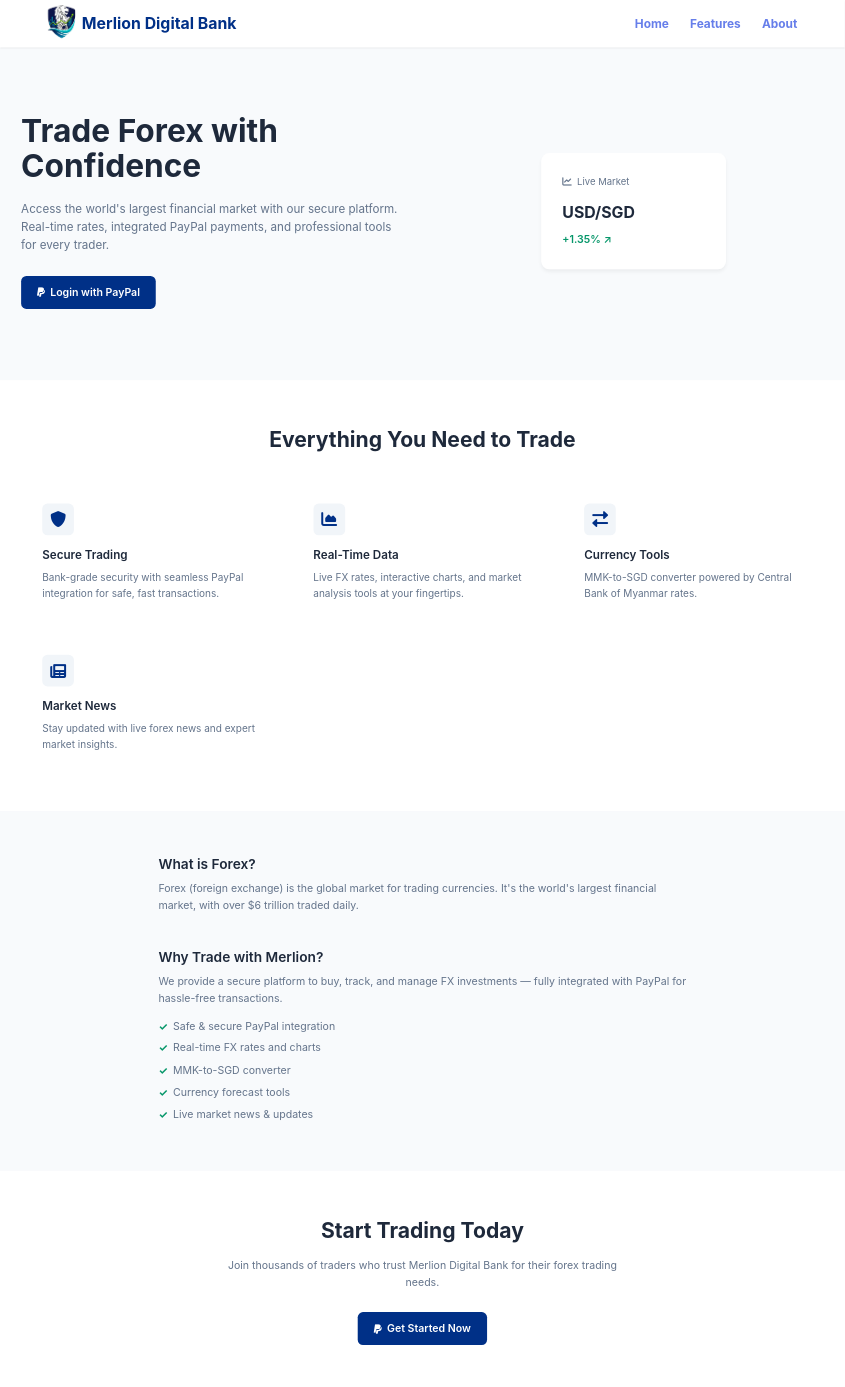
Repository: MayThetNaingBo/MerlionFX-app
Page: http://localhost/
These files come from the project's save history. The page is drawn as it stood at one moment and after a run of saves; the edit follows.
The browser window is 1280 px wide. The pictures show the whole page, at 66% of full size.
The page is served by the project's application, run on Flask 3 (app.py).

Above is the page before, as saved 2025-08-07 23:49:13.

### templates/index.html
<!DOCTYPE html>
<html lang="en">
<head>
    <meta charset="UTF-8">
    <meta name="viewport" content="width=device-width, initial-scale=1.0">
    <title>Merlion Digital Bank - Forex Trading Platform</title>
    <link href="https://cdnjs.cloudflare.com/ajax/libs/font-awesome/6.0.0/css/all.min.css" rel="stylesheet">
    <style>
        * {
            margin: 0;
            padding: 0;
            box-sizing: border-box;
        }

        body {
            font-family: -apple-system, BlinkMacSystemFont, 'Segoe UI', Roboto, sans-serif;
            line-height: 1.6;
            color: #333;
            background: #f8fafc;
        }

        /* Navigation */
        .navbar {
            background: white;
            padding: 1rem 0;
            box-shadow: 0 1px 3px rgba(0, 0, 0, 0.1);
            position: fixed;
            width: 100%;
            top: 0;
            z-index: 100;
        }

        .nav-container {
            max-width: 1200px;
            margin: 0 auto;
            padding: 0 2rem;
            display: flex;
            justify-content: space-between;
            align-items: center;
        }

        .logo-container {
            display: flex;
            align-items: center;
            gap: 0.75rem;
        }

        .logo-icon {
            width: 40px;
            height: 40px;
            border-radius: 8px;
            display: flex;
            align-items: center;
            justify-content: center;
            color: white;
            font-size: 1.5rem;
            font-weight: bold;
            padding-top: 5px;
        }

        .logo {
            font-size: 1.5rem;
            font-weight: 700;
            color: #003087;
        }

        .nav-links {
            display: flex;
            list-style: none;
            gap: 2rem;
        }

        .nav-links a {
            color: #667eea;
            text-decoration: none;
            font-weight: 700;
            transition: color 0.2s;
            font-size:large;
        }

        .nav-links a:hover {
            color: #003087;
        }

        /* Hero Section */
        .hero {
            padding: 8rem 2rem 4rem;
            max-width: 1500px;
            margin: 0 auto;
            display: grid;
            grid-template-columns: 1fr 1fr;
            gap: 4rem;
            align-items: center;
            min-height: 80vh;
        }

        .hero-content h1 {
            font-size: 3rem;
            font-weight: 700;
            color: #1e293b;
            margin-bottom: 1.5rem;
            line-height: 1.1;
        }

        .hero-content p {
            font-size: 1.1rem;
            color: #64748b;
            margin-bottom: 2rem;
        }

        .cta-button {
            display: inline-flex;
            align-items: center;
            gap: 0.5rem;
            background: #003087;
            color: white;
            padding: 0.75rem 1.5rem;
            border: none;
            border-radius: 8px;
            font-weight: 600;
            text-decoration: none;
            transition: all 0.2s;
        }

        .cta-button:hover {
            background: #002060;
            transform: translateY(-1px);
            color: white;
        }

        .hero-visual {
            display: flex;
            justify-content: center;
            gap: 1.5rem;
            flex-wrap: wrap;
        }

        .card {
            background: white;
            padding: 2rem;
            border-radius: 12px;
            box-shadow: 0 4px 6px rgba(0, 0, 0, 0.05);
            width: 280px;
        }

        .card-header {
            display: flex;
            align-items: center;
            gap: 0.5rem;
            margin-bottom: 1rem;
            color: #64748b;
            font-size: 0.9rem;
        }

        .currency-pair {
            font-size: 1.5rem;
            font-weight: 700;
            color: #1e293b;
            margin-bottom: 0.5rem;
        }

        .price-change {
            color: #059669;
            font-weight: 600;
        }

        .logo-card {
            background: linear-gradient(135deg, #003087, #0066cc);
            color: white;
            display: flex;
            flex-direction: column;
            align-items: center;
            justify-content: center;
            text-align: center;
            position: relative;
            overflow: hidden;
        }

        .logo-card::before {
            content: '';
            position: absolute;
            top: -50%;
            right: -50%;
            width: 100%;
            height: 100%;
            background: rgba(255, 255, 255, 0.1);
            border-radius: 50%;
            transform: rotate(45deg);
        }

        .hero-logo-icon {
            font-size: 3rem;
            font-weight: bold;
            margin-bottom: 1rem;
            z-index: 2;
            position: relative;
        }

        .hero-logo-text {
            font-size: 1.2rem;
            font-weight: 600;
            margin-bottom: 0.5rem;
            z-index: 2;
            position: relative;
        }

        .hero-logo-tagline {
            font-size: 0.9rem;
            opacity: 0.9;
            z-index: 2;
            position: relative;
        }

        /* Features Section */
        .features {
            padding: 4rem 2rem;
            background: white;
        }

        .features-container {
            max-width: 1200px;
            margin: 0 auto;
            text-align: center;
        }

        .features h2 {
            font-size: 2rem;
            font-weight: 700;
            color: #1e293b;
            margin-bottom: 3rem;
        }

        .features-grid {
            display: grid;
            grid-template-columns: repeat(auto-fit, minmax(280px, 1fr));
            gap: 2rem;
        }

        .feature {
            padding: 1.5rem;
            text-align: left;
        }

        .feature-icon {
            width: 48px;
            height: 48px;
            background: #f1f5f9;
            border-radius: 8px;
            display: flex;
            align-items: center;
            justify-content: center;
            margin-bottom: 1rem;
            color: #003087;
            font-size: 1.5rem;
        }

        .feature h3 {
            font-size: 1.1rem;
            font-weight: 600;
            color: #1e293b;
            margin-bottom: 0.5rem;
        }

        .feature p {
            color: #64748b;
            font-size: 0.95rem;
        }

        /* Info Section */
        .info-section {
            padding: 4rem 2rem;
            background: #f8fafc;
        }

        .info-container {
            max-width: 800px;
            margin: 0 auto;
        }

        .info-grid {
            display: grid;
            gap: 2rem;
        }

        .info-item h3 {
            font-size: 1.3rem;
            font-weight: 600;
            color: #1e293b;
            margin-bottom: 0.5rem;
        }

        .info-item p {
            color: #64748b;
            margin-bottom: 1rem;
        }

        .benefits-list {
            list-style: none;
            padding: 0;
        }

        .benefits-list li {
            display: flex;
            align-items: center;
            gap: 0.5rem;
            margin-bottom: 0.5rem;
            color: #64748b;
        }

        .benefits-list li::before {
            content: "✓";
            color: #059669;
            font-weight: bold;
        }

        /* CTA Section */
        .cta-section {
            padding: 4rem 2rem;
            background: white;
            text-align: center;
        }

        .cta-section h2 {
            font-size: 2rem;
            font-weight: 700;
            color: #1e293b;
            margin-bottom: 1rem;
        }

        .cta-section p {
            color: #64748b;
            margin-bottom: 2rem;
            max-width: 600px;
            margin-left: auto;
            margin-right: auto;
        }

        /* Responsive */
        @media (max-width: 768px) {
            .hero {
                grid-template-columns: 1fr;
                gap: 4rem;
                text-align: center;
                padding: 30rem 2rem 4rem;
            }

            .hero-content h1 {
                font-size: 2.5rem;
                gap: 3rem;
            }

            .nav-links {
                display: none;
            }

            .features-grid {
                grid-template-columns: 1fr;
            }

            .logo {
                font-size: 1.3rem;
            }

            .logo-icon {
                width: 35px;
                height: 35px;
                font-size: 1.2rem;
            }
        }
    </style>
</head>
<body>
    <!-- Navigation -->
    <nav class="navbar">
        <div class="nav-container">
            <div class="logo-container">
                <div class="logo-icon"><img src="../static/images/Merlion.png" style="width: 250%; height: 250%;"></div>
                <div class="logo">Merlion Digital Bank</div>
            </div>
            <ul class="nav-links">
                <li><a href="#home">Home</a></li>
                <li><a href="#features">Features</a></li>
                <li><a href="#about">About</a></li>
            </ul>
        </div>
    </nav>

    <!-- Hero Section -->
    <section class="hero" id="home">
        <div class="hero-content">
            <h1>Trade Forex with Confidence</h1>
            <p>Access the world's largest financial market with our secure platform. Real-time rates, integrated PayPal payments, and professional tools for every trader.</p>
            <a href="/login" class="cta-button">
                <i class="fab fa-paypal"></i>
                Login with PayPal
            </a>
        </div>
        <div class="hero-visual">
            <div class="card">
                <div class="card-header">
                    <i class="fas fa-chart-line"></i>
                    <span>Live Market</span>
                </div>
                <div class="currency-pair">USD/SGD</div>
                <div class="price-change">+1.35% ↗</div>
            </div>
        </div>
    </section>

    <!-- Features Section -->
    <section class="features" id="features">
        <div class="features-container">
            <h2>Everything You Need to Trade</h2>
            <div class="features-grid">
                <div class="feature">
                    <div class="feature-icon">
                        <i class="fas fa-shield-alt"></i>
                    </div>
                    <h3>Secure Trading</h3>
                    <p>Bank-grade security with seamless PayPal integration for safe, fast transactions.</p>
                </div>

                <div class="feature">
                    <div class="feature-icon">
                        <i class="fas fa-chart-area"></i>
                    </div>
                    <h3>Real-Time Data</h3>
                    <p>Live FX rates, interactive charts, and market analysis tools at your fingertips.</p>
                </div>

                <div class="feature">
                    <div class="feature-icon">
                        <i class="fas fa-exchange-alt"></i>
                    </div>
                    <h3>Currency Tools</h3>
                    <p>MMK-to-SGD converter powered by Central Bank of Myanmar rates.</p>
                </div>

                <div class="feature">
                    <div class="feature-icon">
                        <i class="fas fa-newspaper"></i>
                    </div>
                    <h3>Market News</h3>
                    <p>Stay updated with live forex news and expert market insights.</p>
                </div>
            </div>
        </div>
    </section>

    <!-- Info Section -->
    <section class="info-section" id="about">
        <div class="info-container">
            <div class="info-grid">
                <div class="info-item">
                    <h3>What is Forex?</h3>
                    <p>Forex (foreign exchange) is the global market for trading currencies. It's the world's largest financial market, with over $6 trillion traded daily.</p>
                </div>

                <div class="info-item">
                    <h3>Why Trade with Merlion?</h3>
                    <p>We provide a secure platform to buy, track, and manage FX investments — fully integrated with PayPal for hassle-free transactions.</p>

                    <ul class="benefits-list">
                        <li>Safe & secure PayPal integration</li>
                        <li>Real-time FX rates and charts</li>
                        <li>MMK-to-SGD converter</li>
                        <li>Currency forecast tools</li>
                        <li>Live market news & updates</li>
                    </ul>
                </div>
            </div>
        </div>
    </section>

    <!-- CTA Section -->
    <section class="cta-section">
        <h2>Start Trading Today</h2>
        <p>Join thousands of traders who trust Merlion Digital Bank for their forex trading needs.</p>
        <a href="/login" class="cta-button">
            <i class="fab fa-paypal"></i>
            Get Started Now
        </a>
    </section>

    <script>
        // Simple scroll effect for navbar
        window.addEventListener('scroll', function() {
            const navbar = document.querySelector('.navbar');
            if (window.scrollY > 50) {
                navbar.style.boxShadow = '0 2px 10px rgba(0, 0, 0, 0.1)';
            } else {
                navbar.style.boxShadow = '0 1px 3px rgba(0, 0, 0, 0.1)';
            }
        });
    </script>
</body>
</html>

Loaded but not shown: app.py (787 lines, source omitted)

After the next 2 saves:
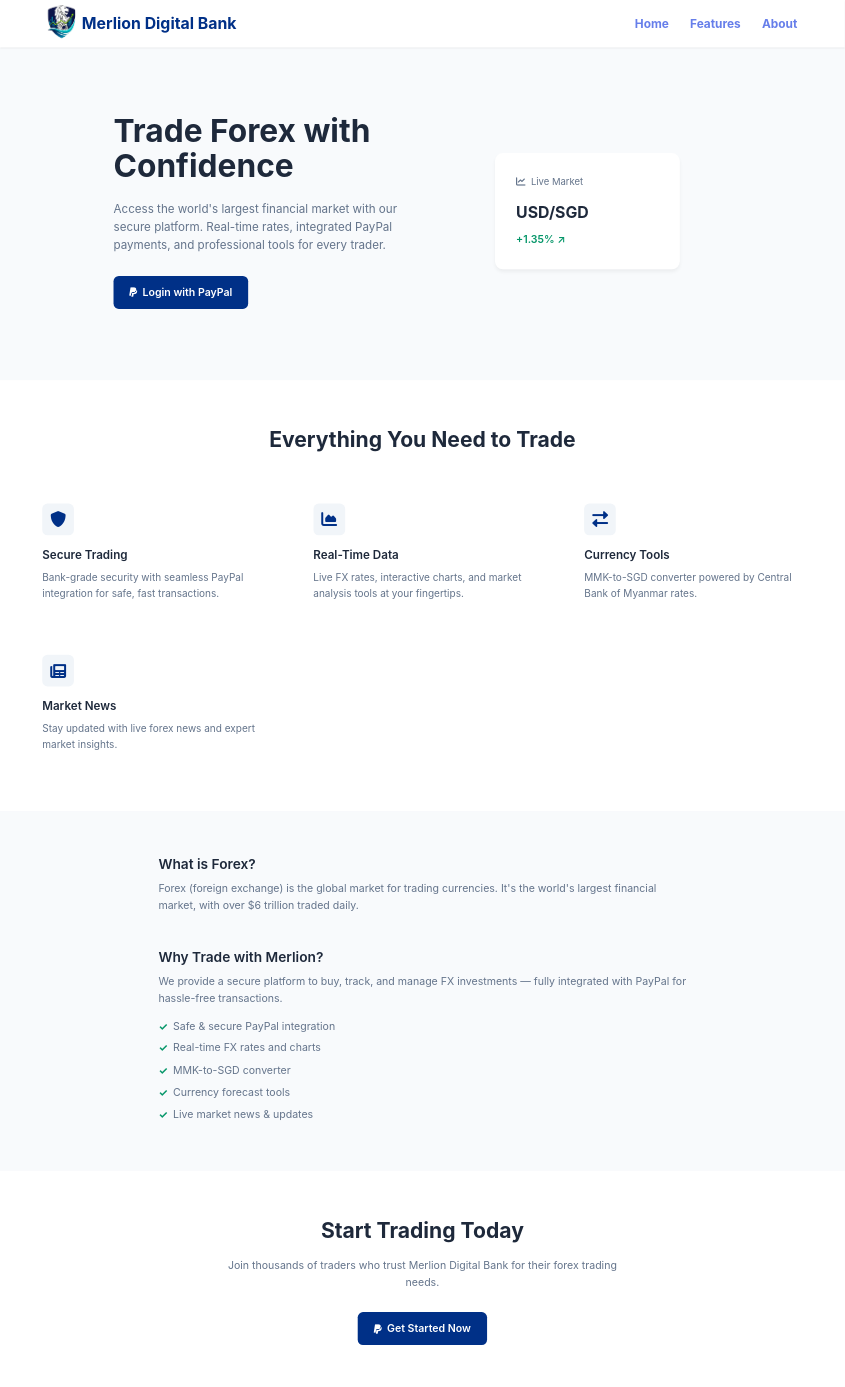
The 2 saves are shown as one change because they came seconds apart.
The last was saved 10 s later.
--- a/templates/index.html
+++ b/templates/index.html
@@ -85,7 +85,7 @@
         /* Hero Section */
         .hero {
             padding: 8rem 2rem 4rem;
-            max-width: 1500px;
+            max-width: 1000px;
             margin: 0 auto;
             display: grid;
             grid-template-columns: 1fr 1fr;

After the save that followed:
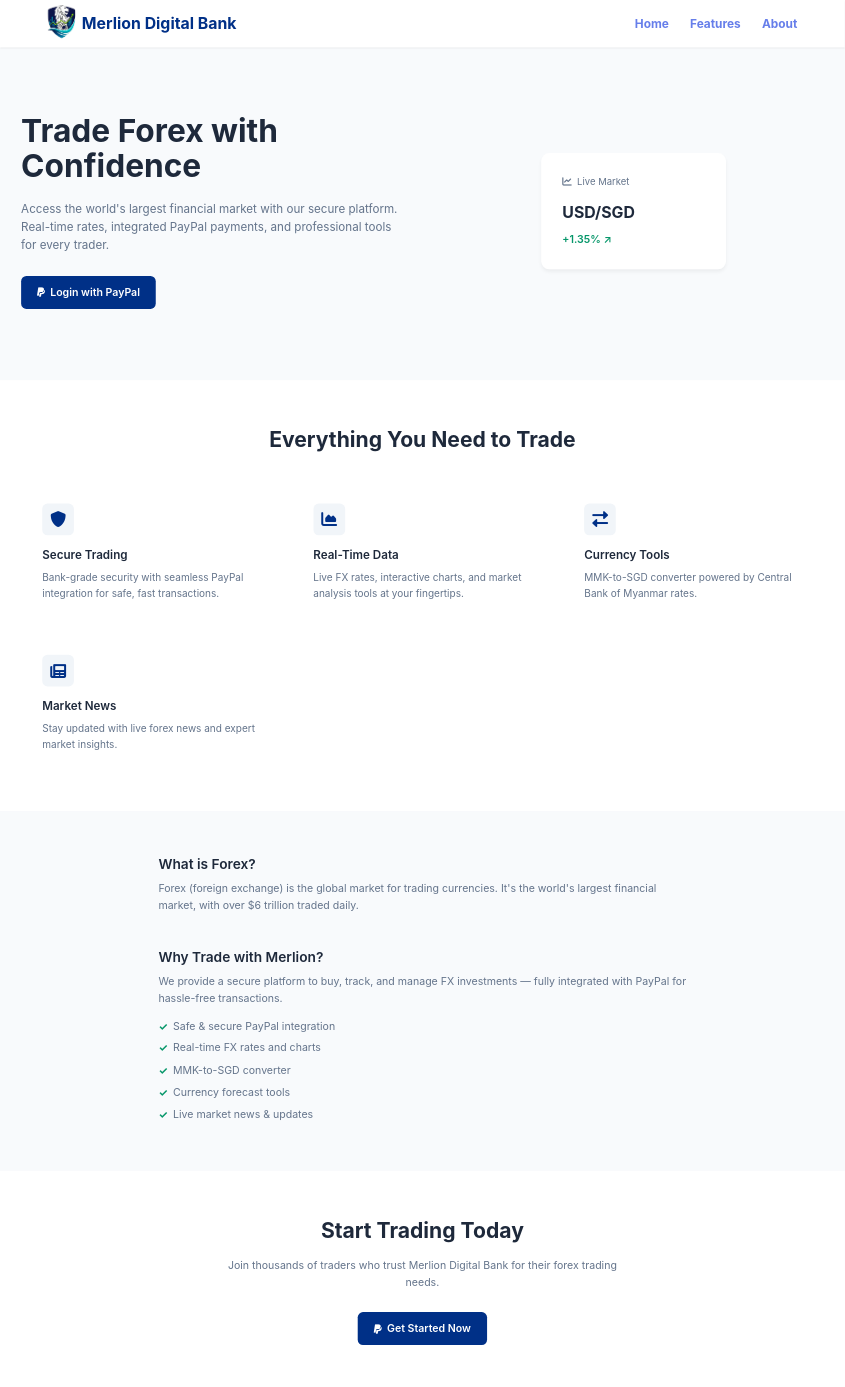
Saved 8 s later.
--- a/templates/index.html
+++ b/templates/index.html
@@ -85,7 +85,7 @@
         /* Hero Section */
         .hero {
             padding: 8rem 2rem 4rem;
-            max-width: 1000px;
+            max-width: 1300px;
             margin: 0 auto;
             display: grid;
             grid-template-columns: 1fr 1fr;
